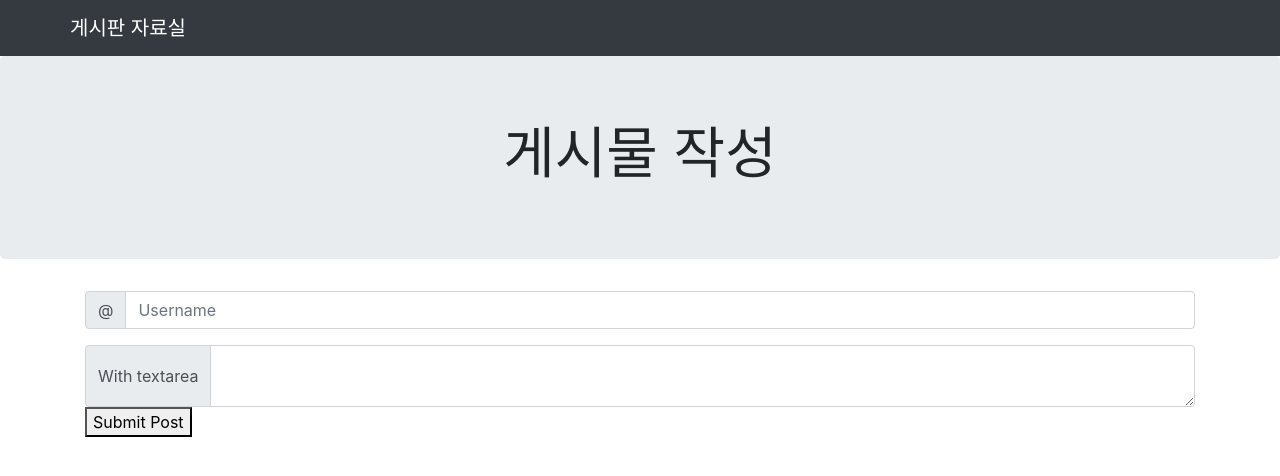
Repository: LeeKukJu/JSP-Study
Page: http://localhost/JSPBook/ch11/totaltest/boardInsert.jsp
An editor plug-in stored every save of this project. The page is shown before and after the next save, followed by the edit.
The browser window is 1280 px wide. The pictures show the whole page.
The page is served by Tomcat 9. Nobody is signed in. The application's start-up code is not run.

Above is the page before, as saved 2023-02-04 02:15:45.

After the next save:
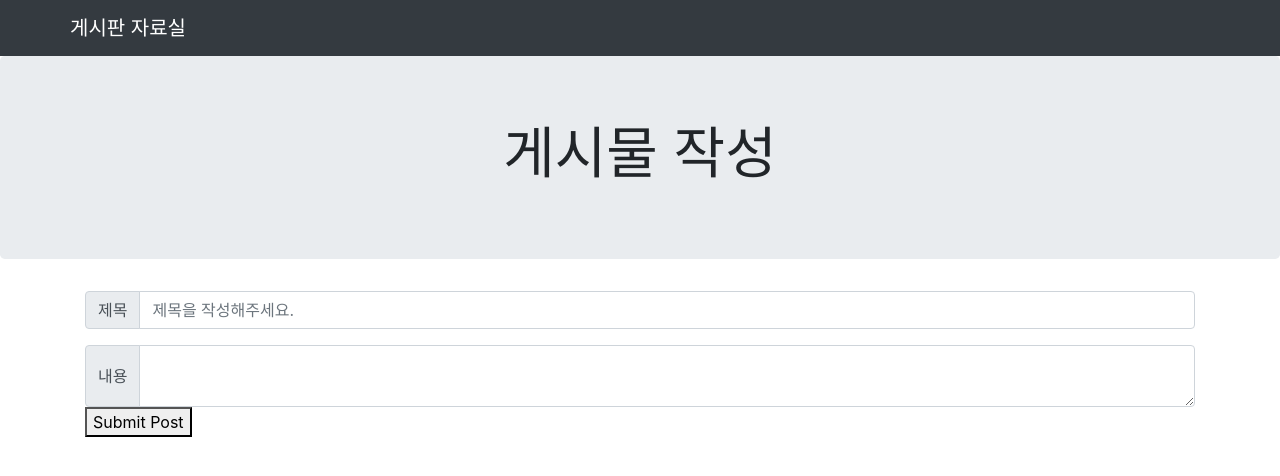
Saved 2 min 5 s later.
--- a/JSPBook/WebContent/ch11/totaltest/boardInsert.jsp
+++ b/JSPBook/WebContent/ch11/totaltest/boardInsert.jsp
@@ -25,21 +25,19 @@
 
 	<div class="container">
 
-
 		<form action="/action_page_post_form" method="post">
 
-			<!-- Title -->
 			<div class="input-group mb-3">
 				<div class="input-group-prepend">
-					<span class="input-group-text" id="basic-addon1">@</span>
+					<span class="input-group-text" id="basic-addon1">제목</span>
 				</div>
-				<input type="text" class="form-control" placeholder="Username"
+				<input type="text" class="form-control" placeholder="제목을 작성해주세요."
 					aria-label="Username" aria-describedby="basic-addon1">
 			</div>
 
 			<div class="input-group">
 				<div class="input-group-prepend">
-					<span class="input-group-text">With textarea</span>
+					<span class="input-group-text">내용</span>
 				</div>
 				<textarea class="form-control" aria-label="With textarea"></textarea>
 			</div>
@@ -49,5 +47,6 @@
 			Submit Post
 			</button>
 		</form>
+	</div>
 </body>
 </html>
